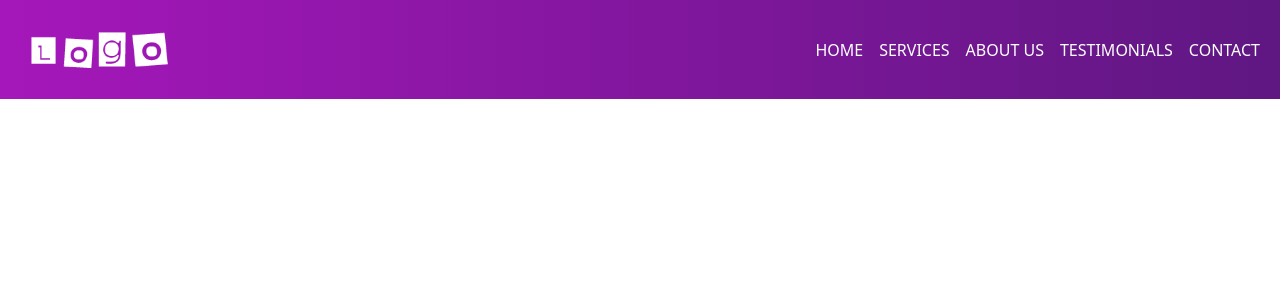
Repository: wadelfadill/Bootstrap_tache_2_website_design
Page: index.html
An editor plug-in stored every save of this project. The page is shown before and after the next save, followed by the edit.
The browser window is 1280 px wide. The pictures show the whole page.

Above is the page before, as saved 2023-04-04 17:57:58.

After the next save:
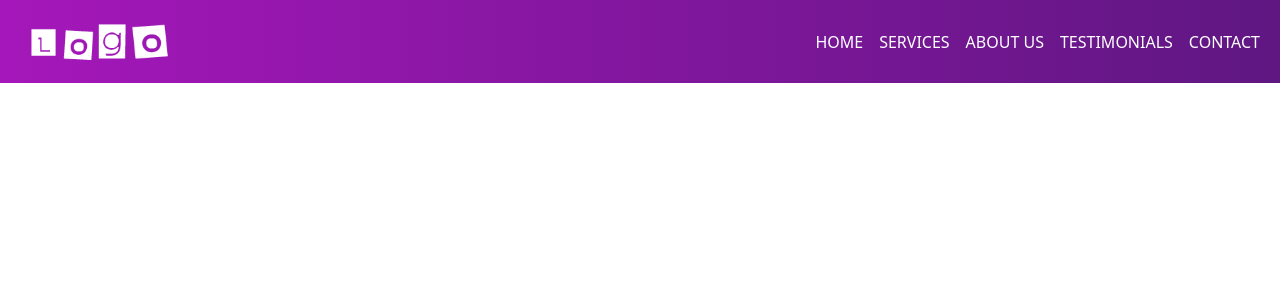
Saved 53 s later.
--- a/index.html
+++ b/index.html
@@ -14,7 +14,7 @@
 </head>
 <body>
     <section id="nav-bar" class="sticky-top t-0">
-        <nav class="navbar navbar-expand-lg navbar-light">
+        <nav class="navbar navbar-expand-lg navbar-light p-0">
             <div class="container-fluid">
               <a class="navbar-brand" href="#"><img src="images/demo-logo.png" alt="" class="w-75 h-75 p-3"></a>
               <button class="navbar-toggler" type="button" data-bs-toggle="collapse" data-bs-target="#navbarSupportedContent" aria-controls="navbarSupportedContent" aria-expanded="false" aria-label="Toggle navigation">
